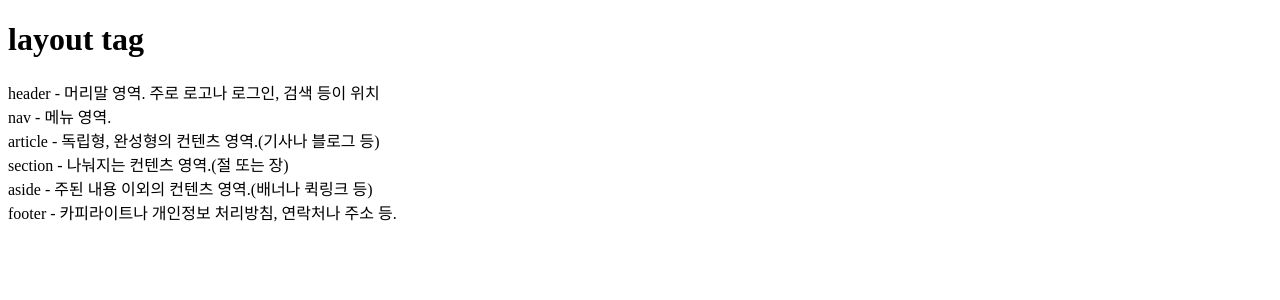
Repository: Git-Seokcoding/WEB
Page: CSS3/src/main/webapp/layout.html
An editor plug-in stored every save of this project. The page is shown before and after a run of saves, followed by the edit.
The browser window is 1280 px wide. The pictures show the whole page.

Above is the page before, as saved 2023-10-12 07:08:06.

After the next 2 saves:
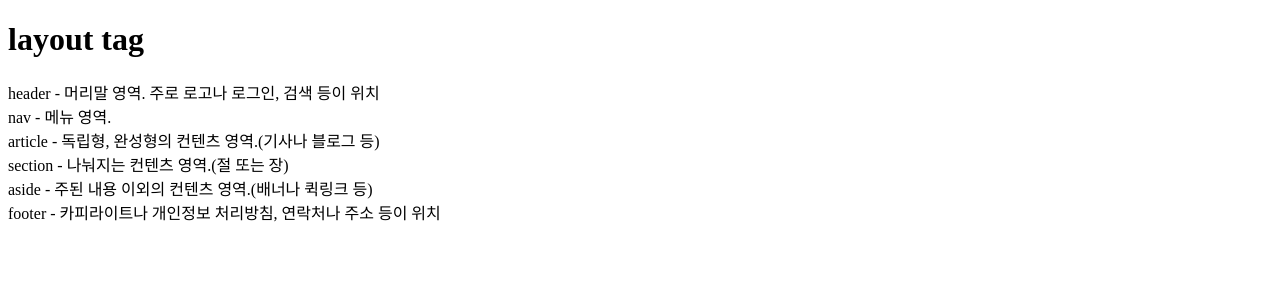
The 2 saves are shown as one change because they came seconds apart.
The last was saved 22 s later.
--- a/CSS3/src/main/webapp/layout.html
+++ b/CSS3/src/main/webapp/layout.html
@@ -22,7 +22,8 @@
 	aside - 주된 내용 이외의 컨텐츠 영역.(배너나 퀵링크 등)
 	</aside>
 	<footer>
-	footer - 카피라이트나 개인정보 처리방침, 연락처나 주소 등.
+	footer - 카피라이트나 개인정보 처리방침, 연락처나 주소 등이 위치
+	</header>
 	</footer>
 
 
